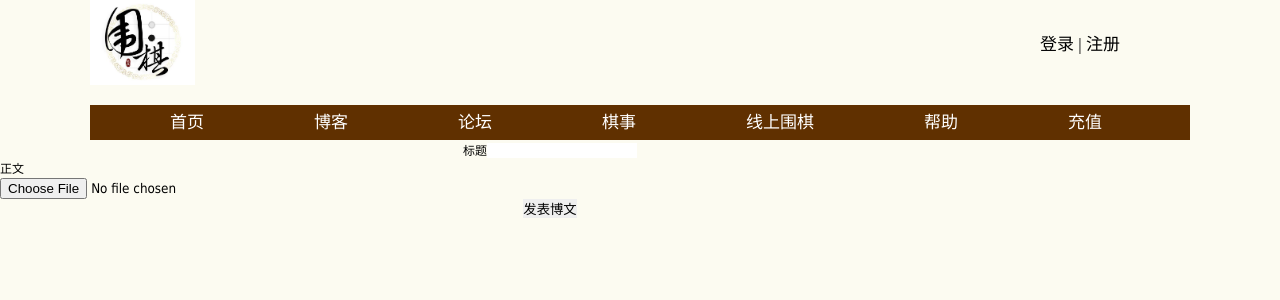
Repository: yxh0/Go
Page: http://localhost/keshe/keshe/blog_post.jsp
These files come from the project's save history. The page is drawn as it stood at one moment and after the next save; the edit follows.
The browser window is 1280 px wide. The pictures show the whole page.
The page is served by Tomcat 9. Other server files are loaded and not shown.

Above is the page before, as saved 2020-06-11 04:05:06.

### SoftwareProjectGo/keshe/WebContent/keshe/blog_post.jsp
<%@ page language="java" contentType="text/html; charset=UTF-8"
    pageEncoding="UTF-8"%>
<%@ page import="java.sql.*" %>
<!DOCTYPE html>
<html>
<head>
<meta charset="UTF-8">
<title>博客页面</title>
<link rel="stylesheet" href="css/init.css">
<link rel="stylesheet" href="css/public.css">
<link rel="stylesheet" href="css/blog_post.css">
</head>
<body>
	<div class="header w">
		<div class="logo">
			<img src="images/logo.jpg" alt="" />
		</div>
		<div class="login">
			<ul>
				<li>
					<a href="login.jsp">登录</a> |
					<a href="register.jsp">注册</a>
				</li>
			</ul>
		</div>
	</div>
	<!-- 导航栏 -->
	<div class="nav w">
		<div class="container">
			<ul class="left">
		    	<li><a href="index.jsp" >首页</a></li>
		    	<li><a href="blog.jsp" >博客</a></li>
		    	<li><a href="luntan.jsp" >论坛</a></li>
		    	<li><a href="qishi.jsp" >棋事</a></li>
		    	<li><a href="xianshangweiqi.jsp" >线上围棋</a></li>
		    	<li><a href="bangzhu.jsp" >帮助</a></li>
		    	<li><a href="chongzhi.jsp" >充值</a></li>
			</ul>
  		</div>
	</div>
	<div class="blogg">
		<div class="border w"></div>
		<form action="insertServlet?dataBase=weiqiluntan&tableName=chess_user" name="register" method="post">
			<center>标题<input name="blog_title" type="text" type="password" class="code"><br></center>
				正文<br><input name="blog_text" type="file" placeholder="" class="code"><br>
			<center><input type="submit" value="发表博文" class="now-register"></center>
         </form>
	</div>
</body>
</html>

### SoftwareProjectGo/keshe/WebContent/keshe/css/init.css
@charset "UTF-8";
/* 基础的初始化 */
* {
    margin: 0;
    padding: 0;
    box-sizing: border-box;
}
/* em 和 i 斜体的文字不倾斜 */
em,
i {
    font-style: normal
}

li {
    list-style: none
}

img {
    border: 0;
    vertical-align: middle
}

button {
    cursor: pointer
}

a {
    text-decoration: none
}

button,
input {
    font-family: Microsoft YaHei, Heiti SC, tahoma, arial, Hiragino Sans GB, "\5B8B\4F53", sans-serif;
    /* 默认有灰色边框我们需要手动去掉 */
    border: 0;
    outline: none;
}

body {
    -webkit-font-smoothing: antialiased;
    background-color: #fff;
    font: 12px/1.5 Microsoft YaHei, Heiti SC, tahoma, arial, Hiragino Sans GB, "\5B8B\4F53", sans-serif;
    color: black;
}

.hide,
.none {
    display: none
}
/* 清除浮动 */
.clearfix:after {
    visibility: hidden;
    clear: both;
    display: block;
    content: ".";
    height: 0
}

.clearfix {
    *zoom: 1
}

### SoftwareProjectGo/keshe/WebContent/keshe/css/public.css
@charset "UTF-8";
/* 版心 */
body {
	background-color: #fcfbf1;
}
.w {
    width: 1100px;
    margin: 0 auto;
}
.nav {
    height: 35px;
    background-color: #603000;
    line-height: 35px;
}
.nav ul li{
	float: left;
}
.nav li a{
	color: white;
	font-size: 17px;
	border-right: 20px;
	padding: 20px 30px;
	margin-left: 50px;
}
.nav li a:hover{
	color: yellow;
}
.header {
    position: relative;
    height: 105px;
}
.logo {
	position: absolute;
	width: 105px;
	height: 85px;
}
.logo img {
	width: 100%;
	height: 100%;
}
.login {
	margin-left: 950px;
	margin-top: 30px;
	position: absolute;
	font: 17px Microsoft YaHei;
	text-align: center;
}
.login li a{
	color: black;
}
.login li a:hover {
	color: #ebc21f;
}
.footer p {
    width: 250px;
    font-size: 20px;
    color: #7B7B7B;
    margin: 60px auto;
}

### SoftwareProjectGo/keshe/WebContent/keshe/css/blog_post.css
@charset "UTF-8";
.big {
	margin-top: 20px;
}
.self {
	float: left;
	margin-right: 30px;
}
.big .self h4,
.big .blogg h4 {
	width: 250px;
	border-bottom: solid 1px #603000;
	margin-bottom: 15px;
	font-size: 15px;
	weight: 500;
	color: #8f6a40;
}
.big .self button {
	width: 120px;
    height: 30px;
    margin: 10px 65px;
    border: 1px solid #E2E2E2;
    text-align: center;
    line-height: 30px;
    font-size: 15px;
    color: #000;
    background: #ededf1;
}
.big .self .info {
	margin-top: 15px;
	margin-left: 75px;
}
.big .self .info p{
	font-size: 14px;
	weight: 500;
	color: #909090;
}
.blogg {
	float: left;
}
.big .blogg h4,
.big .blogg .cont {
	width: 820px;
}
.big .blogg .cont h2 {
	margin: 5px;
}
.big .blogg .cont a {
	color: #000;
}
.big .blogg .cont a:hover {
	color: #ebc21f;
}
.big .blogg .cont p {
	margin-bottom: 35px;
	color: #8a8a8a;
}
.big .blogg .cont .people {
	font-size: 13px;
}

After the next save:
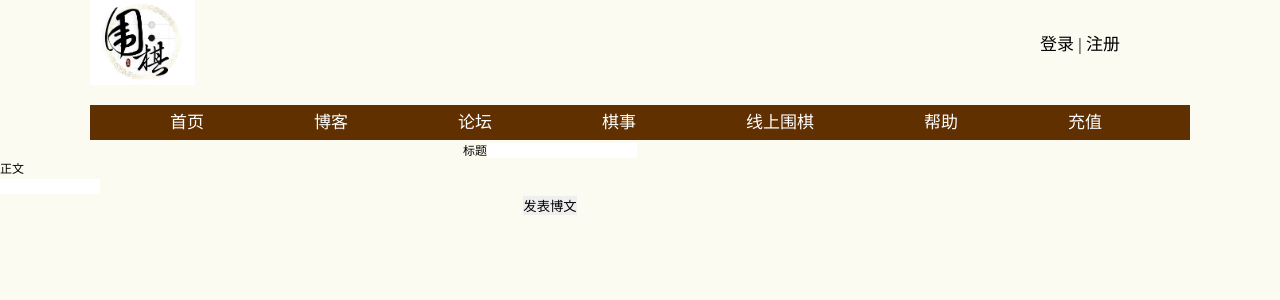
Saved 103 s later.
--- a/SoftwareProjectGo/keshe/WebContent/keshe/blog_post.jsp
+++ b/SoftwareProjectGo/keshe/WebContent/keshe/blog_post.jsp
@@ -42,7 +42,7 @@
 		<div class="border w"></div>
 		<form action="insertServlet?dataBase=weiqiluntan&tableName=chess_user" name="register" method="post">
 			<center>标题<input name="blog_title" type="text" type="password" class="code"><br></center>
-				正文<br><input name="blog_text" type="file" placeholder="" class="code"><br>
+				正文<br><input name="blog_text" style="width:100px" type="text" placeholder="" class="code"><br>
 			<center><input type="submit" value="发表博文" class="now-register"></center>
          </form>
 	</div>
